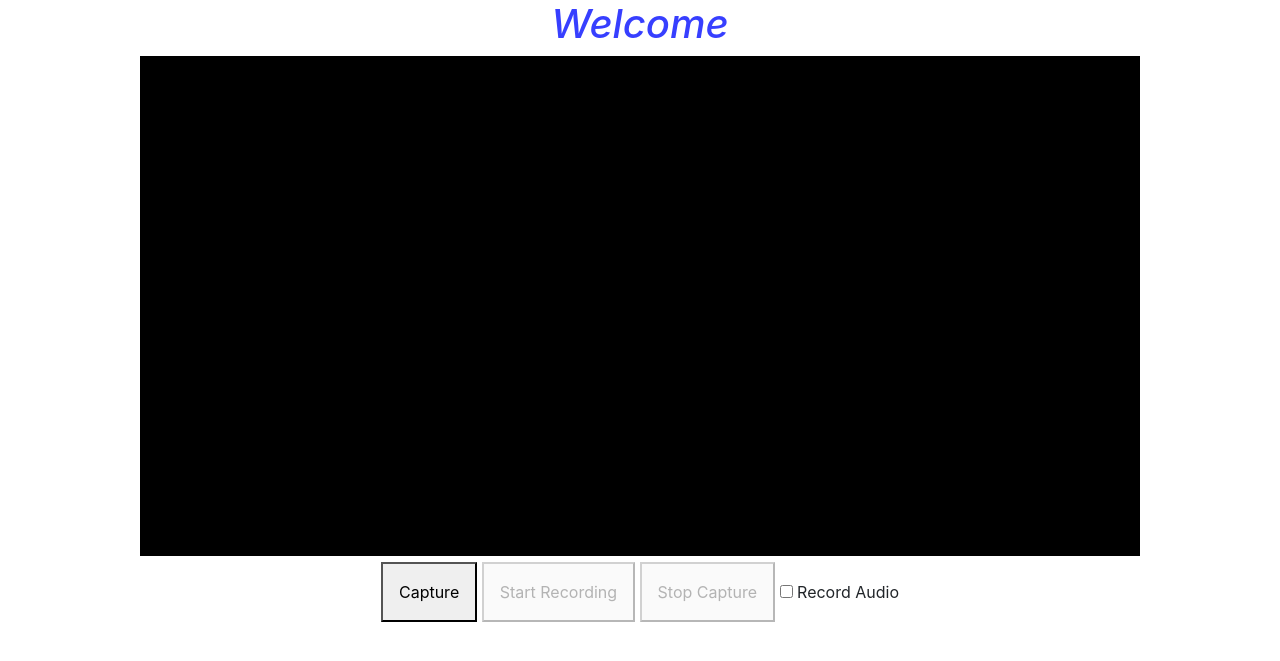
Repository: santiljanomalaj/recording_youtube
Page: index.html
These files come from the project's save history. The page is drawn as it stood at one moment and after the next save; the edit follows.
The browser window is 1280 px wide. The pictures show the whole page.

Above is the page before, as saved 2020-04-29 18:13:41.

### index.html
<!DOCTYPE html>
<html lang="en">
  <head>
    <title>Simple Screen Record!</title>
    <meta charset="utf-8" />
    <meta http-equiv="X-UA-Compatible" content="IE=edge" />
    <meta name="viewport" content="width=device-width, initial-scale=1" />

    <link rel="stylesheet" href="/style.css" />
    <link
      rel="stylesheet"
      href="https://maxcdn.bootstrapcdn.com/bootstrap/4.4.1/css/bootstrap.min.css"
    />

    <script>
      //   if (location.protocol !== "https:") location.protocol = "https:";
    </script>
    <!-- import the webpage's stylesheet -->
  </head>
  <body>
    <center>
      <h1>Welcome</h1>
      <p id="warning">
        Enable chrome://flags/#enable-experimental-web-platform-features
      </p>
      <video
        style="background-color: black; width: 1000px; height: 500px;"
        id="videoElement"
        autoplay
      ></video>
      <br />
      <button id="captureBtn">Capture</button>
      <button id="startBtn" disabled>Start Recording</button>
      <button id="stopBtn" disabled>Stop Capture</button>
      <input type="checkbox" id="audioToggle" />
      <label for="audioToggle">Record Audio</label>
      <a class="btn btn-primary" id="download" href="#" style="display: none;"
        >Download</a
      >
      <a
        type="button"
        class="btn btn-primary"
        id="trim"
        href="https://video-cut.glitch.me/"
        style="display: none;"
        target="trim"
        >Trim Video</a
      >
      <a
        type="button"
        class="btn btn-primary"
        id="convert"
        href="https://convert-to-mp4.glitch.me/"
        style="display: none;"
        target="convert"
        >Convert to MP4</a
      >
    </center>

    <script src="comlink.js"></script>
    <script src="https://ajax.googleapis.com/ajax/libs/jquery/3.4.1/jquery.min.js"></script>
    <script src="https://cdnjs.cloudflare.com/ajax/libs/popper.js/1.16.0/umd/popper.min.js"></script>
    <script src="https://maxcdn.bootstrapcdn.com/bootstrap/4.4.1/js/bootstrap.min.js"></script>

    <script>
      if ("getDisplayMedia" in navigator.mediaDevices)
        warning.style.display = "none";

      let blobs;
      let blob;
      let rec;
      let stream;

      captureBtn.onclick = async () => {
        trim.style.display = "none";
        convert.style.display = "none";
        download.style.display = "none";
        let audio = audioToggle.checked || false;

        stream = await navigator.mediaDevices.getDisplayMedia({
          video: true,
          audio: audio,
        });
        stream
          .getVideoTracks()
          .forEach((track) => (track.contentHint = "text"));
        videoElement.srcObject = stream;
        let opts = { mimeType: "video/webm; codecs=h264" };
        blobs = [];
        rec = new MediaRecorder(stream, opts);
        rec.ondataavailable = (e) => blobs.push(e.data);
        rec.onstop = () => {
          blob = new Blob(blobs, { type: "video/mp4" });
          let url = window.URL.createObjectURL(blob);
          download.href = url;
          download.download = "test.mp4";
          download.style.display = "block";
          trim.style.display = "block";
          convert.style.display = "block";
        };
        startBtn.disabled = false;
        captureBtn.disabled = true;
        audioToggle.disabled = true;
      };

      startBtn.onclick = () => {
        startBtn.disabled = true;
        stopBtn.disabled = false;
        rec.start();
      };

      stopBtn.onclick = () => {
        captureBtn.disabled = false;
        startBtn.disabled = true;
        stopBtn.disabled = true;
        audioToggle.disabled = false;
        rec.stop();
        stream.getTracks().forEach((s) => s.stop());
        videoElement.srcObject = null;
        stream = null;
      };

      trim.onclick = async (event) => {
        event.preventDefault();
        let cutWindow = window.open(event.target.href);
        let start = Comlink.proxy(cutWindow);
        setTimeout(async () => {
          let result = await start(
            new File([blob], "test.webm", { type: "video/webm" }),
            "00:00:00"
          );
        }, 1000);
      };

      convert.onclick = async (event) => {
        event.preventDefault();
        let convertWindow = window.open(event.target.href);
        let start = Comlink.proxy(convertWindow);
        setTimeout(async () => {
          let result = await start(
            new File([blob], "test.webm", { type: "video/webm" })
          );
        }, 1000);
      };
    </script>
  </body>
</html>

### style.css
/* CSS files add styling rules to your content */

body {
  font-family: "Benton Sans", "Helvetica Neue", helvetica, arial, sans-serif;
  margin: 2em;
}

h1 {
  font-style: italic;
  color: #373fff;
}

video {
  width: 1000px;
  height: 1000px;
}

button {
  margin: 1em;
  padding: 1em;
}

### comlink.js
/**
 * Copyright 2017 Google Inc. All Rights Reserved.
 * Licensed under the Apache License, Version 2.0 (the "License");
 * you may not use this file except in compliance with the License.
 * You may obtain a copy of the License at
 *     http://www.apache.org/licenses/LICENSE-2.0
 * Unless required by applicable law or agreed to in writing, software
 * distributed under the License is distributed on an "AS IS" BASIS,
 * WITHOUT WARRANTIES OR CONDITIONS OF ANY KIND, either express or implied.
 * See the License for the specific language governing permissions and
 * limitations under the License.
 */
(function (factory) {
  if (typeof module === "object" && typeof module.exports === "object") {
    var v = factory(require, exports);
    if (v !== undefined) module.exports = v;
  } else if (typeof define === "function" && define.amd) {
    define(["require", "exports"], factory);
  } else {
    factory([], (self.Comlink = {}));
  }
})(function (require, exports) {
  "use strict";
  Object.defineProperty(exports, "__esModule", { value: true });
  const TRANSFERABLE_TYPES = [ArrayBuffer, MessagePort];
  const uid = Math.floor(Math.random() * Number.MAX_SAFE_INTEGER);
  const proxyValueSymbol = Symbol("proxyValue");
  const throwSymbol = Symbol("throw");
  const proxyTransferHandler = {
    canHandle: (obj) => obj && obj[proxyValueSymbol],
    serialize: (obj) => {
      const { port1, port2 } = new MessageChannel();
      expose(obj, port1);
      return port2;
    },
    deserialize: (obj) => {
      return proxy(obj);
    },
  };
  const throwTransferHandler = {
    canHandle: (obj) => obj && obj[throwSymbol],
    serialize: (obj) => obj.toString() + "\n" + obj.stack,
    deserialize: (obj) => {
      throw Error(obj);
    },
  };
  exports.transferHandlers = new Map([
    ["PROXY", proxyTransferHandler],
    ["THROW", throwTransferHandler],
  ]);
  let pingPongMessageCounter = 0;
  function proxy(endpoint, target) {
    if (isWindow(endpoint)) endpoint = windowEndpoint(endpoint);
    if (!isEndpoint(endpoint))
      throw Error(
        "endpoint does not have all of addEventListener, removeEventListener and postMessage defined"
      );
    activateEndpoint(endpoint);
    return cbProxy(
      async (irequest) => {
        let args = [];
        if (irequest.type === "APPLY" || irequest.type === "CONSTRUCT")
          args = irequest.argumentsList.map(wrapValue);
        const response = await pingPongMessage(
          endpoint,
          Object.assign({}, irequest, { argumentsList: args }),
          transferableProperties(args)
        );
        const result = response.data;
        return unwrapValue(result.value);
      },
      [],
      target
    );
  }
  exports.proxy = proxy;
  function proxyValue(obj) {
    obj[proxyValueSymbol] = true;
    return obj;
  }
  exports.proxyValue = proxyValue;
  function expose(rootObj, endpoint) {
    if (isWindow(endpoint)) endpoint = windowEndpoint(endpoint);
    if (!isEndpoint(endpoint))
      throw Error(
        "endpoint does not have all of addEventListener, removeEventListener and postMessage defined"
      );
    activateEndpoint(endpoint);
    attachMessageHandler(endpoint, async function (event) {
      if (!event.data.id || !event.data.callPath) return;
      const irequest = event.data;
      let that = await irequest.callPath
        .slice(0, -1)
        .reduce((obj, propName) => obj[propName], rootObj);
      let obj = await irequest.callPath.reduce(
        (obj, propName) => obj[propName],
        rootObj
      );
      let iresult = obj;
      let args = [];
      if (irequest.type === "APPLY" || irequest.type === "CONSTRUCT")
        args = irequest.argumentsList.map(unwrapValue);
      if (irequest.type === "APPLY") {
        try {
          iresult = await obj.apply(that, args);
        } catch (e) {
          iresult = e;
          iresult[throwSymbol] = true;
        }
      }
      if (irequest.type === "CONSTRUCT") {
        try {
          iresult = new obj(...args); // eslint-disable-line new-cap
          iresult = proxyValue(iresult);
        } catch (e) {
          iresult = e;
          iresult[throwSymbol] = true;
        }
      }
      if (irequest.type === "SET") {
        obj[irequest.property] = irequest.value;
        // FIXME: ES6 Proxy Handler `set` methods are supposed to return a
        // boolean. To show good will, we return true asynchronously ¯\_(ツ)_/¯
        iresult = true;
      }
      iresult = makeInvocationResult(iresult);
      iresult.id = irequest.id;
      return endpoint.postMessage(iresult, transferableProperties([iresult]));
    });
  }
  exports.expose = expose;
  function wrapValue(arg) {
    // Is arg itself handled by a TransferHandler?
    for (const [key, transferHandler] of exports.transferHandlers) {
      if (transferHandler.canHandle(arg)) {
        return {
          type: key,
          value: transferHandler.serialize(arg),
        };
      }
    }
    // If not, traverse the entire object and find handled values.
    let wrappedChildren = [];
    for (const item of iterateAllProperties(arg)) {
      for (const [key, transferHandler] of exports.transferHandlers) {
        if (transferHandler.canHandle(item.value)) {
          wrappedChildren.push({
            path: item.path,
            wrappedValue: {
              type: key,
              value: transferHandler.serialize(item.value),
            },
          });
        }
      }
    }
    for (const wrappedChild of wrappedChildren) {
      const container = wrappedChild.path
        .slice(0, -1)
        .reduce((obj, key) => obj[key], arg);
      container[wrappedChild.path[wrappedChild.path.length - 1]] = null;
    }
    return {
      type: "RAW",
      value: arg,
      wrappedChildren,
    };
  }
  function unwrapValue(arg) {
    if (exports.transferHandlers.has(arg.type)) {
      const transferHandler = exports.transferHandlers.get(arg.type);
      return transferHandler.deserialize(arg.value);
    } else if (isRawWrappedValue(arg)) {
      for (const wrappedChildValue of arg.wrappedChildren || []) {
        if (!exports.transferHandlers.has(wrappedChildValue.wrappedValue.type))
          throw Error(
            `Unknown value type "${arg.type}" at ${wrappedChildValue.path.join(
              "."
            )}`
          );
        const transferHandler = exports.transferHandlers.get(
          wrappedChildValue.wrappedValue.type
        );
        const newValue = transferHandler.deserialize(
          wrappedChildValue.wrappedValue.value
        );
        replaceValueInObjectAtPath(arg.value, wrappedChildValue.path, newValue);
      }
      return arg.value;
    } else {
      throw Error(`Unknown value type "${arg.type}"`);
    }
  }
  function replaceValueInObjectAtPath(obj, path, newVal) {
    const lastKey = path.slice(-1)[0];
    const lastObj = path.slice(0, -1).reduce((obj, key) => obj[key], obj);
    lastObj[lastKey] = newVal;
  }
  function isRawWrappedValue(arg) {
    return arg.type === "RAW";
  }
  function windowEndpoint(w) {
    if (self.constructor.name !== "Window") throw Error("self is not a window");
    return {
      addEventListener: self.addEventListener.bind(self),
      removeEventListener: self.removeEventListener.bind(self),
      postMessage: (msg, transfer) => w.postMessage(msg, "*", transfer),
    };
  }
  function isEndpoint(endpoint) {
    return (
      "addEventListener" in endpoint &&
      "removeEventListener" in endpoint &&
      "postMessage" in endpoint
    );
  }
  function activateEndpoint(endpoint) {
    if (isMessagePort(endpoint)) endpoint.start();
  }
  function attachMessageHandler(endpoint, f) {
    // Checking all possible types of `endpoint` manually satisfies TypeScript’s
    // type checker. Not sure why the inference is failing here. Since it’s
    // unnecessary code I’m going to resort to `any` for now.
    // if(isWorker(endpoint))
    //   endpoint.addEventListener('message', f);
    // if(isMessagePort(endpoint))
    //   endpoint.addEventListener('message', f);
    // if(isOtherWindow(endpoint))
    //   endpoint.addEventListener('message', f);
    endpoint.addEventListener("message", f);
  }
  function detachMessageHandler(endpoint, f) {
    // Same as above.
    endpoint.removeEventListener("message", f);
  }
  function isMessagePort(endpoint) {
    return endpoint.constructor.name === "MessagePort";
  }
  function isWindow(endpoint) {
    // TODO: This doesn’t work on cross-origin iframes.
    // return endpoint.constructor.name === 'Window';
    return ["window", "length", "location", "parent", "opener"].every(
      (prop) => prop in endpoint
    );
  }
  /**
   * `pingPongMessage` sends a `postMessage` and waits for a reply. Replies are
   * identified by a unique id that is attached to the payload.
   */
  function pingPongMessage(endpoint, msg, transferables) {
    const id = `${uid}-${pingPongMessageCounter++}`;
    return new Promise((resolve) => {
      attachMessageHandler(endpoint, function handler(event) {
        if (event.data.id !== id) return;
        detachMessageHandler(endpoint, handler);
        resolve(event);
      });
      // Copy msg and add `id` property
      msg = Object.assign({}, msg, { id });
      endpoint.postMessage(msg, transferables);
    });
  }
  function cbProxy(cb, callPath = [], target = function () {}) {
    return new Proxy(target, {
      construct(_target, argumentsList, proxy) {
        return cb({
          type: "CONSTRUCT",
          callPath,
          argumentsList,
        });
      },
      apply(_target, _thisArg, argumentsList) {
        // We use `bind` as an indicator to have a remote function bound locally.
        // The actual target for `bind()` is currently ignored.
        if (callPath[callPath.length - 1] === "bind")
          return cbProxy(cb, callPath.slice(0, -1));
        return cb({
          type: "APPLY",
          callPath,
          argumentsList,
        });
      },
      get(_target, property, proxy) {
        if (property === "then" && callPath.length === 0) {
          return { then: () => proxy };
        } else if (property === "then") {
          const r = cb({
            type: "GET",
            callPath,
          });
          return Promise.resolve(r).then.bind(r);
        } else {
          return cbProxy(cb, callPath.concat(property), _target[property]);
        }
      },
      set(_target, property, value, _proxy) {
        return cb({
          type: "SET",
          callPath,
          property,
          value,
        });
      },
    });
  }
  function isTransferable(thing) {
    return TRANSFERABLE_TYPES.some((type) => thing instanceof type);
  }
  function* iterateAllProperties(value, path = [], visited = null) {
    if (!value) return;
    if (!visited) visited = new WeakSet();
    if (visited.has(value)) return;
    if (typeof value === "string") return;
    if (typeof value === "object") visited.add(value);
    if (ArrayBuffer.isView(value)) return;
    yield { value, path };
    const keys = Object.keys(value);
    for (const key of keys)
      yield* iterateAllProperties(value[key], [...path, key], visited);
  }
  function transferableProperties(obj) {
    const r = [];
    for (const prop of iterateAllProperties(obj)) {
      if (isTransferable(prop.value)) r.push(prop.value);
    }
    return r;
  }
  function makeInvocationResult(obj) {
    for (const [type, transferHandler] of exports.transferHandlers) {
      if (transferHandler.canHandle(obj)) {
        const value = transferHandler.serialize(obj);
        return {
          value: { type, value },
        };
      }
    }
    return {
      value: {
        type: "RAW",
        value: obj,
      },
    };
  }
});

After the next save:
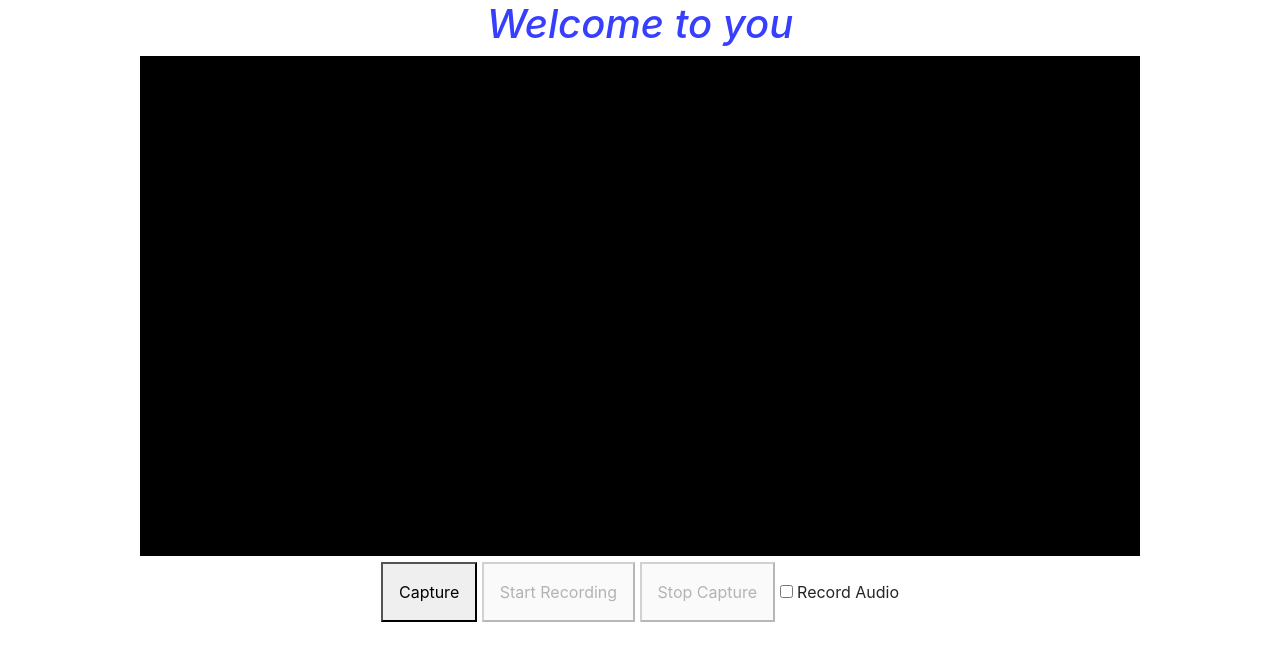
Saved 2 min 29 s later.
--- a/index.html
+++ b/index.html
@@ -19,7 +19,7 @@
   </head>
   <body>
     <center>
-      <h1>Welcome</h1>
+      <h1>Welcome to you</h1>
       <p id="warning">
         Enable chrome://flags/#enable-experimental-web-platform-features
       </p>
